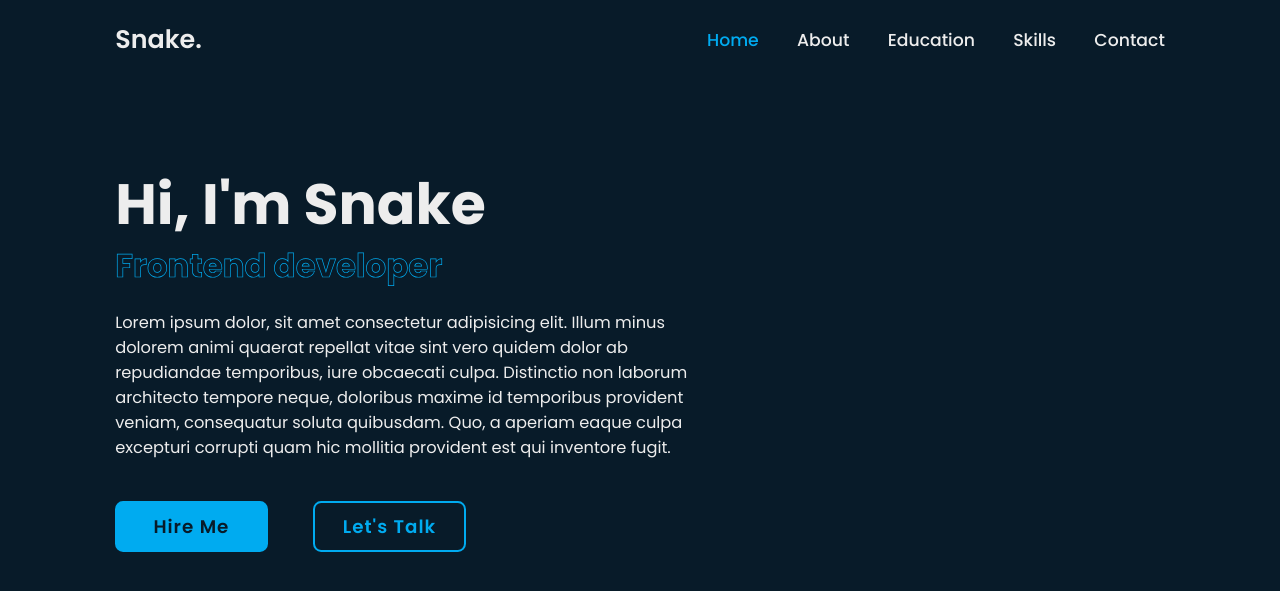
Repository: Tanty102/About_Me
Page: index.html
These files come from the project's save history. The page is drawn as it stood at one moment and after a run of saves; the edit follows.
The browser window is 1280 px wide. The pictures show the whole page.

Above is the page before, as saved 2023-09-12 16:57:45.

### index.html
<!DOCTYPE html>
<html lang="en">
  <head>
    <meta charset="UTF-8" />
    <meta name="viewport" content="width=device-width, initial-scale=1.0" />
    <link rel="stylesheet" href="style.css" />
    <title>CV Snake</title>
  </head>

  <!-- box icons -->
  <link href='https://unpkg.com/boxicons@2.1.4/css/boxicons.min.css' rel='stylesheet'>
  <body>
    <!-- Header design -->
    <header class="header">
      <a href="#" class="logo">Snake.</a>

      <div class="bx bx-menu" id="menu-icon"></div>

      <nav class="navbar">
        <a href="#home" class="active">Home</a>
        <a href="#about">About</a>
        <a href="#education">Education</a>
        <a href="#skills">Skills</a>
        <a href="#contact">Contact</a>
      </nav>
    </header>

    <!-- home section design -->
    <section class="home" id="home">
      <div class="home-content">
        <h1>Hi, I'm <span>Snake</span></h1>
        <div class="text-animate">
          <h3>Frontend developer</h3>
        </div>
        <p>Lorem ipsum dolor, sit amet consectetur adipisicing elit. Illum minus dolorem animi quaerat repellat vitae sint vero quidem dolor ab repudiandae temporibus, iure obcaecati culpa. Distinctio non laborum architecto tempore neque, doloribus maxime id temporibus provident veniam, consequatur soluta quibusdam. Quo, a aperiam eaque culpa excepturi corrupti quam hic mollitia provident est qui inventore fugit.</p>

        <div class="btn-box">
          <a href="#" class="btn">Hire Me</a>
          <a href="#" class="btn">Let's Talk</a>
        </div>
      </div>
    </section>

    <script src="main.js"></script>
  </body>
</html>

### style.css
@import url("https://fonts.googleapis.com/css2?family=Poppins:wght@300;400;500;600;700;800;900&display=swap");

* {
  margin: 0;
  padding: 0;
  box-sizing: border-box;
  text-decoration: none;
  border: none;
  outline: none;
  scroll-behavior: smooth;
  font-family: "Poppins", sans-serif;
}

:root {
  --bg-color: #081b29;
  --second-bg-color: #112e42;
  --text-color: #ededed;
  --main-color: #00abf0;
}

html {
  font-size: 63.5%;
  overflow-x: hidden;
}

body {
  background: var(--bg-color);
  color: var(--text-color);
}

.header {
  position: fixed;
  top: 0;
  left: 0;
  width: 100%;
  padding: 2rem 9%;
  background: transparent;
  display: flex;
  justify-content: space-between;
  align-items: center;
  z-index: 100;
}

.logo {
  font-size: 2.5rem;
  color: var(--text-color);
  font-weight: 600;
}

.navbar a {
  font-size: 1.7rem;
  color: var(--text-color);
  font-weight: 500;
  margin-left: 3.5rem;
  transition: 0.3s;
}

.navbar a:hover,
.navbar a.active {
  color: var(--main-color);
}

#menu-icon {
  font-size: 3.6rem;
  color: var(--text-color);
  cursor: pointer;
  display: none;
}

section {
  min-height: 100vh;
  padding: 10rem 9% 2rem;
}

.home {
  display: flex;
  align-items: center;
  padding: 0 9%;
}

.home-content {
  max-width: 60rem;
}

.home-content h1 {
  font-size: 5.6rem;
  font-weight: 700;
  line-height: 1.3;
}

.home-content .text-animate {
  position: relative;
  width: 32.8rem;
}

.home-content .text-animate h3 {
  font-size: 3.2rem;
  font-weight: 700;
  color: transparent;
  -webkit-text-stroke: 0.7px var(--main-color);
}

.home-content p {
  font-size: 1.6rem;
  margin: 2rem 0 4rem;
}

.btn-box {
  position: relative;
  display: flex;
  justify-content: space-between;
  width: 34.5rem;
  height: 5rem;
}
.btn-box .btn {
  position: relative;
  display: inline-flex;
  justify-content: center;
  align-items: center;
  width: 15rem;
  height: 100%;
  background: var(--main-color);
  border: 0.2rem solid var(--main-color);
  border-radius: 0.8rem;
  font-size: 1.8rem;
  font-weight: 600;
  letter-spacing: 0.1rem;
  color: var(--bg-color);
  z-index: 1;
  overflow: hidden;
  transition: .5s;
}

.btn-box .btn:nth-child(2) {
  background: transparent;
  color: var(--main-color);
}

.btn-box .btn:nth-child(2):hover {
  color: var(--bg-color);
}

.btn-box .btn:nth-child(2)::before {
  background: var(--main-color);
}

.btn-box .btn::before {
  content: "";
  position: absolute;
  top: 0;
  left: 0;
  width: 0;
  height: 100%;
  background: var(--bg-color);
  z-index: -1;
  transition: 0.5s;
}

.btn-box .btn:hover::before {
  width: 100%;
}

Loaded but not shown: main.js (no copy from this time; the picture is the same without it)

After the next 2 saves:
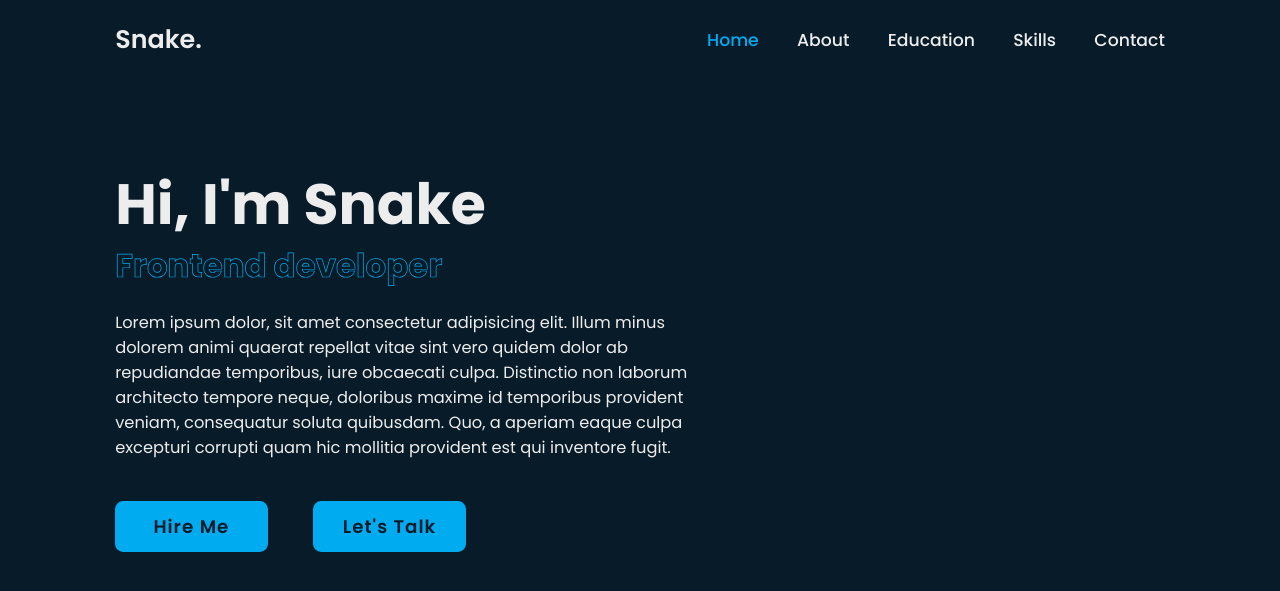
The 2 saves are shown as one change because they came seconds apart.
The last was saved 42 s later.
--- a/style.css
+++ b/style.css
@@ -131,6 +131,8 @@
   transition: .5s;
 }
 
+.btn-box .btn
+
 .btn-box .btn:nth-child(2) {
   background: transparent;
   color: var(--main-color);

After the save that followed:
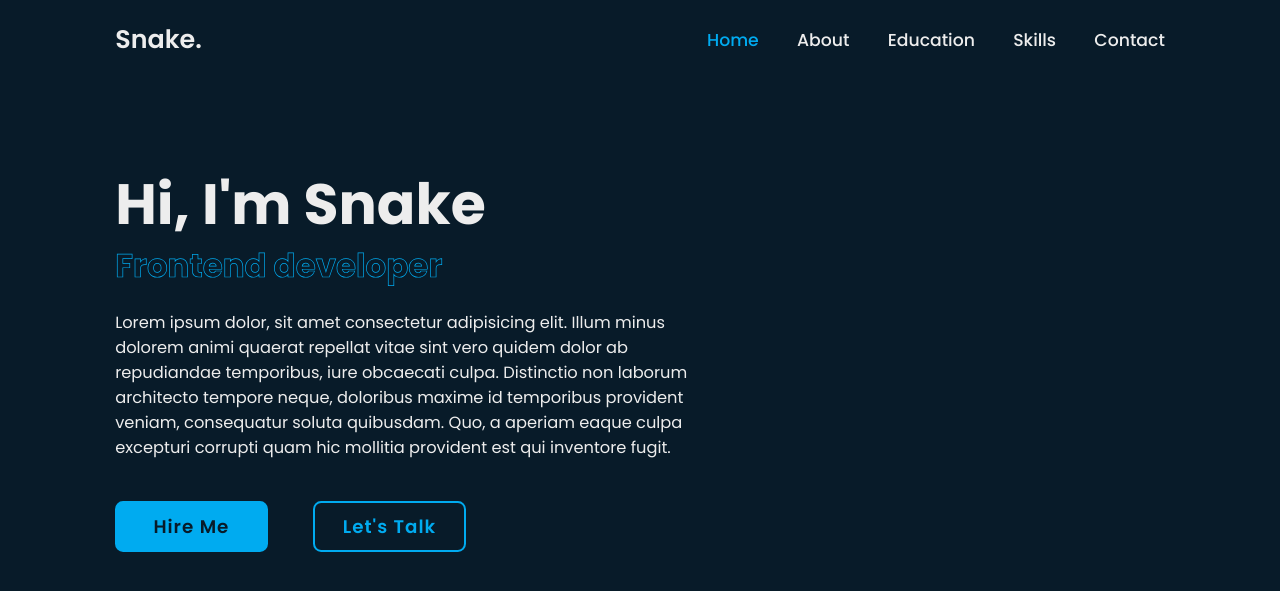
Saved 6 s later.
--- a/style.css
+++ b/style.css
@@ -131,7 +131,9 @@
   transition: .5s;
 }
 
-.btn-box .btn
+.btn-box .btn:hover {
+
+}
 
 .btn-box .btn:nth-child(2) {
   background: transparent;
